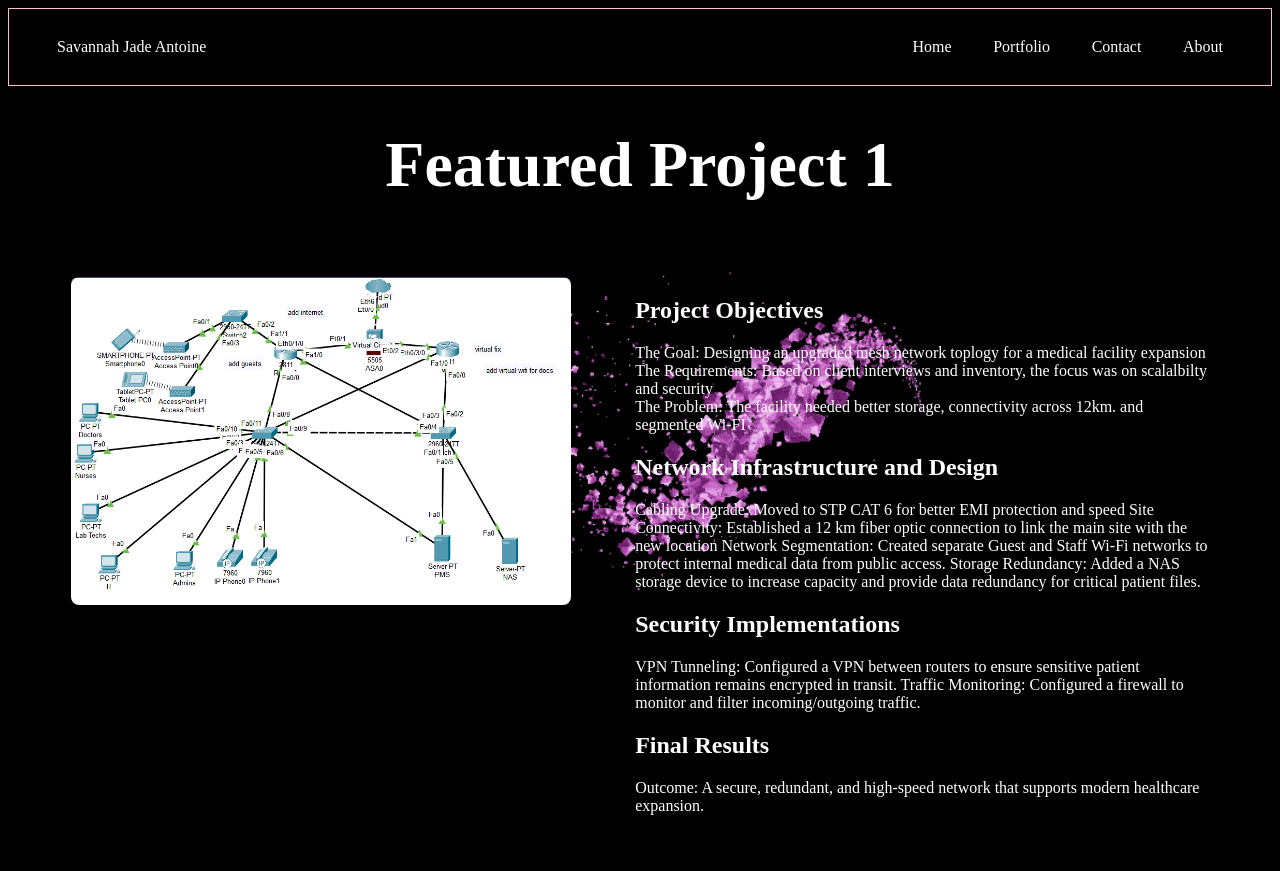
Repository: Savannah-Antoine/Savannah-Antoine
Page: pages/project-name-1.html
An editor plug-in stored every save of this project. The page is shown before and after the next save, followed by the edit.
The browser window is 1280 px wide. The pictures show the whole page.

Above is the page before, as saved 2026-05-15 15:52:54.

### pages/project-name-1.html
<!DOCTYPE html>
<html lang="en">
<head>
    <meta charset="UTF-8">
    <meta name="viewport" content="width=device-width, initial-scale=1.0">
    <link rel = "stylesheet" href = "../styles/page.css" />
    <link rel = "stylesheet" href = "../styles/globals.css" />
    <title>Document</title>
</head>
<body>
<header>
<nav>
        <ul class = "navigation">
  <li><a href="../index.html">Home</a></li>
  <li><a href="../pages/portfolioPage.html">Portfolio</a></li>
  <li><a href="../pages/contact.html">Contact</a></li>
  <li><a href="../pages/about.asp">About</a></li>
        </ul>

        <ul class = "homeButton">
           <li><a   href = "../index.html">Savannah Jade Antoine</a></li>
        </ul>
</nav>
    <h1>Featured Project 1</h1>
</header>
<main class = "container">


<div class = "project-visuals">
<img src = "../assets/images/Project1.png" alt = "First Portfolio placeholder image" />
</div>
<div class = "project-details">
<section>
<h2>Project Objectives</h2>
    <p>
        The Goal: Designing an upgraded mesh network toplogy for a medical facility expansion<br>
        The Requirements: Based on client interviews and inventory, the focus was on scalalbilty and security<br>
        The Problem: The facility needed better storage, connectivity across 12km. and segmented Wi-FI
    </p>
<h2>Network Infrastructure and Design</h2>
<p>
    Cabling Upgrade: Moved to STP CAT 6 for better EMI protection and speed
    Site Connectivity: Established a 12 km fiber optic connection to link the main site with the new location
    Network Segmentation: Created separate Guest and Staff Wi-Fi networks to protect internal medical data from public access.
     Storage Redundancy: Added a NAS storage device to increase capacity and provide data redundancy for critical patient files.
</p>


<h2>Security Implementations</h2>
<p>
VPN Tunneling: Configured a VPN between routers to ensure sensitive patient information remains encrypted in transit.

Traffic Monitoring: Configured a firewall to monitor and filter incoming/outgoing traffic.

</p>


<h2>Final Results</h2>

<p>
    Outcome: A secure, redundant, and high-speed network that supports modern healthcare expansion.
</p>
</section>
</div>



</main>

</body>
</html>

### styles/page.css


.project-details{
    text-align: left;
    justify-content: center;
}



img {
    width: 100%;
    max-width: 500px; /* Increased slightly for detail */
    height: auto;
    border-radius: 0.5rem;
}

.container {
    display: flex;
    flex-direction: column;
    align-items: center;
    gap: 4rem;
    padding: 2rem 5%;
}

@media screen and (min-width: 768px) {

    .project-details {
        flex: 1;
        text-align: left;
    }
}

### styles/globals.css
body {
    background-color: black;
  background-image: url(/assets/images/background-pic.gif);
  background-repeat: no-repeat;
  background-size: cover;
  color: white;
  font-size: 1rem;
  text-align: center;
}

.homeButton{
  order: -1;
  list-style-type: none;
  margin: 0;
  padding: 0;
  display: flex;
  justify-content: left;

}

.navigation {
    display: grid;
    grid-template-columns: repeat(2, 1fr);
    gap: 0.6rem;
    text-align: right;
}




nav {
    display: flex;
    justify-content: space-between;
    align-items: center;
    padding: 1rem 2rem;

    border: 0.1rem solid pink;
    cursor: pointer;


}



nav ul {
    display: flex;
    list-style: none;
    gap: 1rem;
    margin: 0;
    padding: 0;
}
button {
    padding: 0.7rem 1.2rem;
    background-color: transparent;
    color: white;
    border: 0.1rem solid pink;
    cursor: pointer;
    transition: all 0.3s ease;
    border-radius: 0.2rem;
    gap: 1rem;
}
button:hover {
    background-color: pink;
    color: rgb(31, 1, 31);
    transform: translateY(-3px);
    box-shadow: 0 0.3rem 1rem rgba(255, 255, 255, 0.3);
}

.infoButtons {
    display: flex;
    justify-content: center;
    gap: 1.5rem;
    margin-top: 1.4rem;
    min-width: 100px;
    padding: 0.7rem 0.9rem;
}

li a {
  display: block;
  color: white;
  padding: 0.8rem 1rem;
  text-decoration: none;
}

ul li a:hover {
 background-color: pink;
  color: rgb(31, 1, 31);
  box-shadow: 0 0.5rem 0.9rem rgba(255, 255, 255, 0.3)
}

h1{

  font-size: 4rem;
}

@media screen and (min-width: 768px)
{




    #AboutMe img {
        width: 300px;
        border-radius: 10px;
    }
   body h1 {
        font-size: 4rem;
    }
    .container {
        flex-direction: row;
        flex-wrap: wrap;
        align-items: flex-start;
        justify-content: space-around;
    }
    .project-card {
        width: 30%;
        width:300px;
        min-width: 250px;
        text-align: center;
    }
    .project-card img{
       width: 100%;
    height: 250px;
    object-fit: cover;
    object-position: top;
    border-radius: 0.5rem;


    }


    .navigation{
        display:flex;
    }

}


@media screen and (min-width: 1000px)
{
    .container {
        margin: 0 auto;
    }
    .aboutMe {
        flex-direction: row;
        justify-content: center;
        align-items: flex-start;
        text-align: left;
        gap: 4rem;

    }
    #AboutMe
    {
        padding: 50px 10%;
        text-align: center;
        align-items:center;
        justify-content: center;
      max-width: 1000px;
    }

}

After the next save:
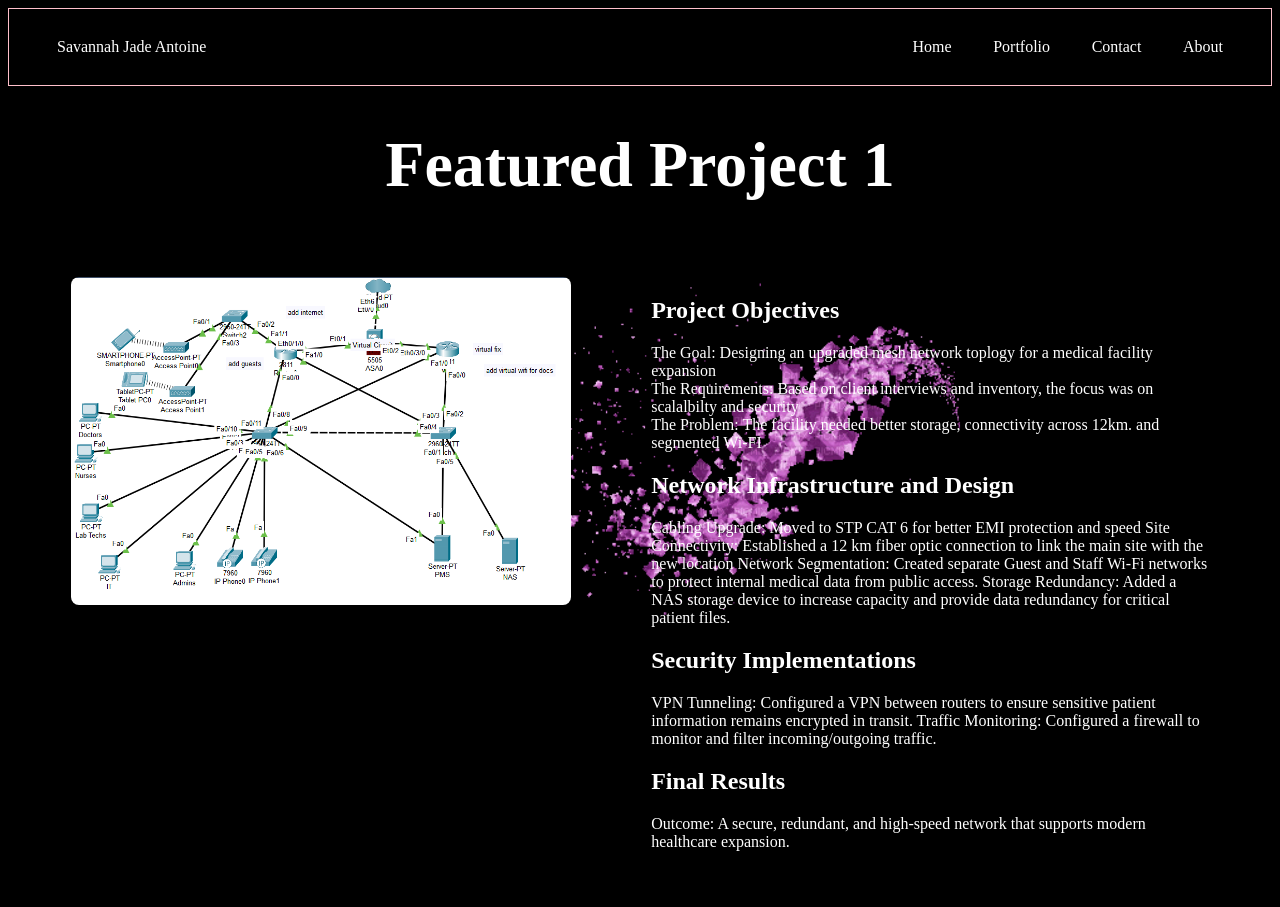
Saved 47 s later.
--- a/styles/page.css
+++ b/styles/page.css
@@ -18,7 +18,7 @@ img {
     display: flex;
     flex-direction: column;
     align-items: center;
-    gap: 4rem;
+    gap: 5rem;
     padding: 2rem 5%;
 }
 
